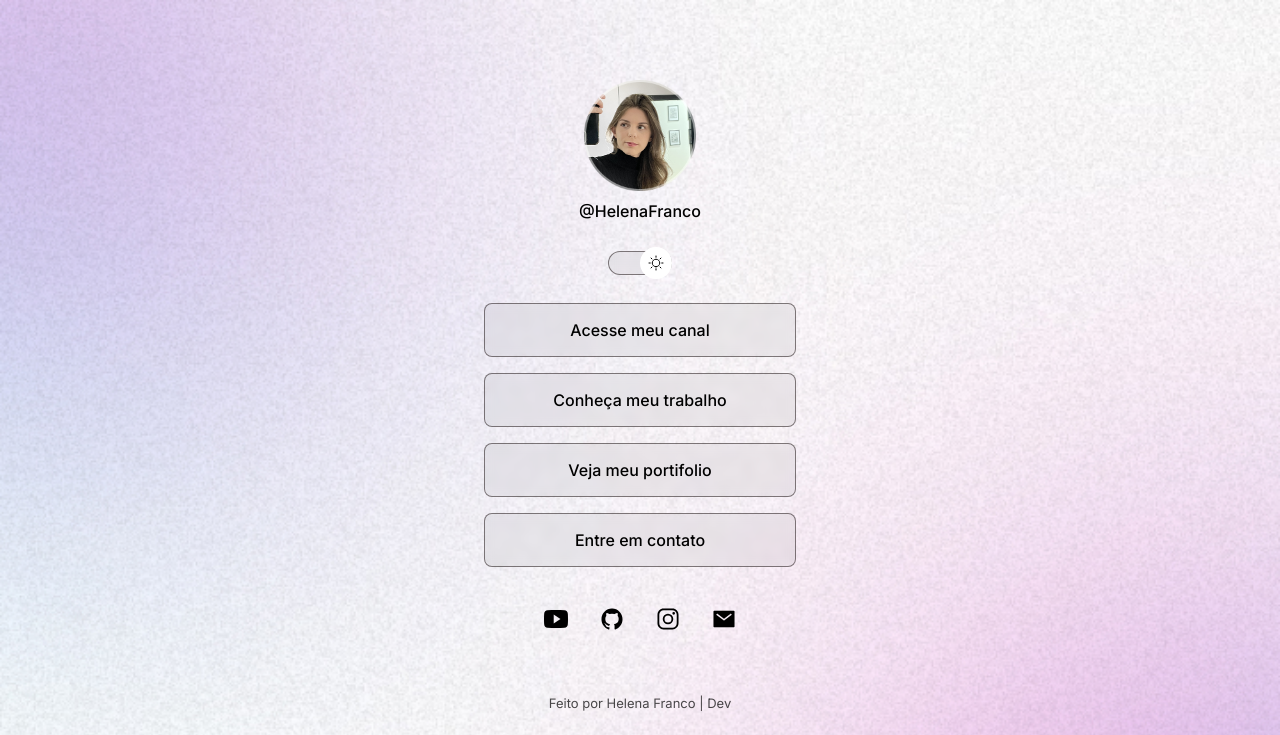
Repository: Fr4nc021/Pagina-de-links-
Page: index.html
An editor plug-in stored every save of this project. The page is shown before and after the next save, followed by the edit.
The browser window is 1280 px wide. The pictures show the whole page.
After loading, the first visible `#switch` was clicked once.

Above is the page before, as saved 2025-02-17 21:35:56.
Console error: ReferenceError: body is not defined

After the next save:
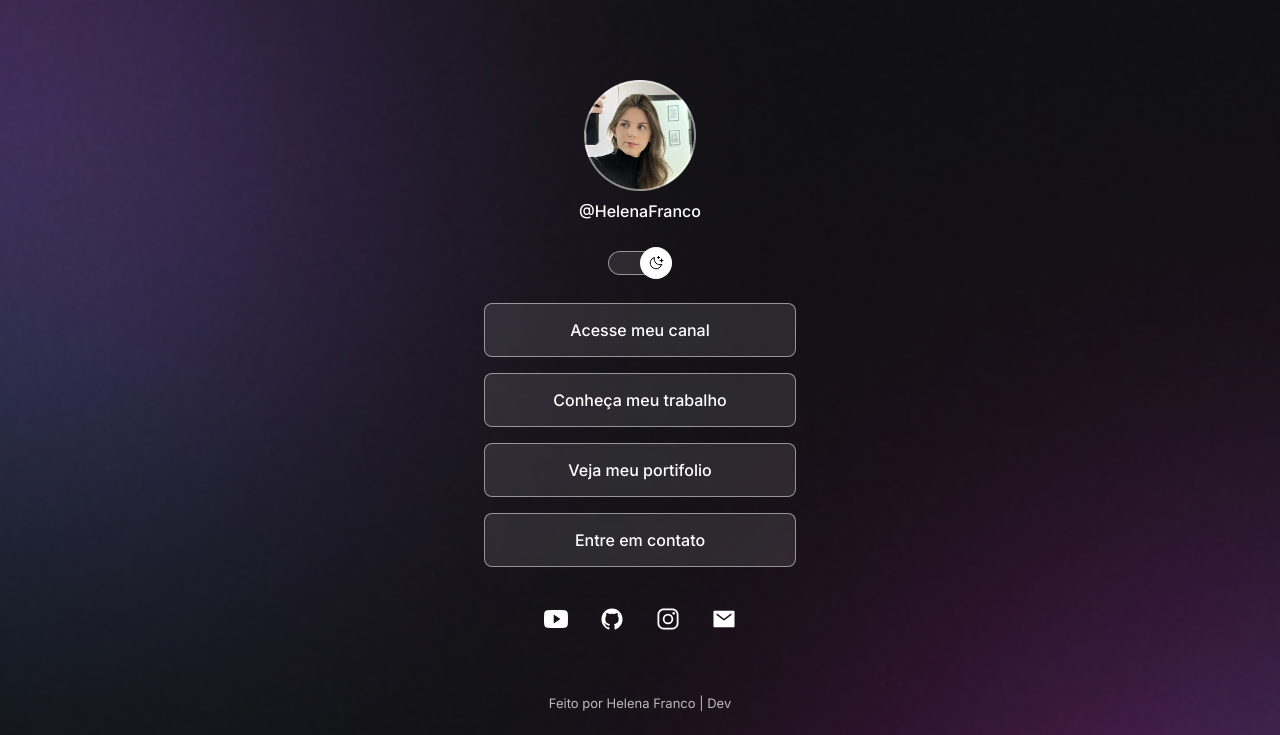
The error is gone.
Saved 13 s later.
--- a/script.js
+++ b/script.js
@@ -1,7 +1,7 @@
 function toggleMode() {
     const html = document.documentElement
 
-    if (body.classList.contains('light')) {
+    if (html.classList.contains('light')) {
         html.classList.remove('light');
 } else {
     html.classList.add('light');
